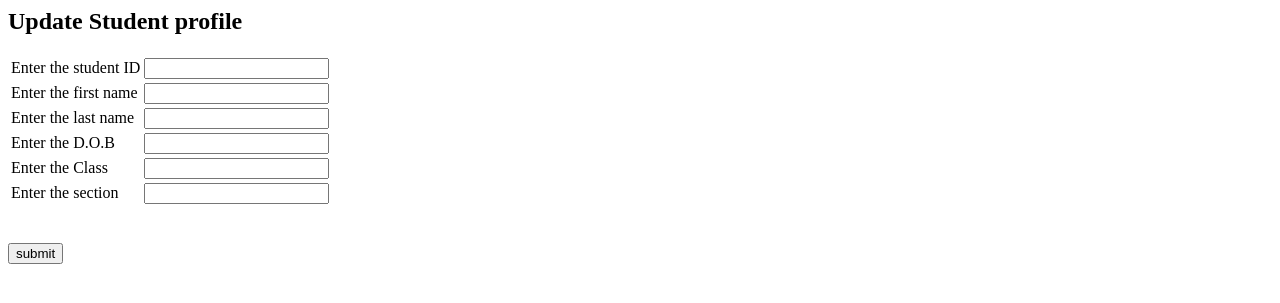
Repository: anithagnana123/Simplilearn_Phase2_project
Page: http://localhost/phase2-project/updatestudent
The author's editor kept a copy of each file at every save. The page is drawn from the files as they stood at one save, then again after the next save.
The browser window is 1280 px wide. The pictures show the whole page.
The page is served by Tomcat 9. Other server files are loaded and not shown.

Above is the page before, as saved 2022-10-23 16:24:31.

### phase2-project/src/main/java/com/simplilearn/workshop/UpdateStudentServlet.java
package com.simplilearn.workshop;

import java.io.IOException;
import java.io.PrintWriter;

import javax.servlet.ServletException;
import javax.servlet.annotation.WebServlet;
import javax.servlet.http.HttpServlet;
import javax.servlet.http.HttpServletRequest;
import javax.servlet.http.HttpServletResponse;

/**
 * Servlet implementation class AddStudent
 */
@WebServlet("/updatestudent")
public class UpdateStudentServlet extends HttpServlet {
	private static final long serialVersionUID = 1L;

	/**
	 * @see HttpServlet#doGet(HttpServletRequest request, HttpServletResponse response)
	 */
	protected void doGet(HttpServletRequest request, HttpServletResponse response) throws ServletException, IOException {

		 response.setContentType("text/html");

		 PrintWriter out = response.getWriter();

			    out.println("<form action='test' method='get'>");
				out.println("<h2>Update Student profile</h2>");
				out.println("<table>");
				out.println("<tr>");
			    out.println("<td>Enter the student ID</td>");
				out.println("<td> <input type='text' name='student_id'> </td>");
				out.println("</tr>");
				out.println("<tr>");
			    out.println("<td>Enter the first name</td>");
				out.println("<td> <input type='text' name='firstName'> </td>");
				out.println("</tr>");
				out.println("<tr>");
			    out.println("<td>Enter the last name</td>");
				out.println("<td> <input type='text' name='lastName'> </td>");
				out.println("</tr>");
				out.println("<td>Enter the D.O.B</td>");
				out.println("<td> <input type='text' name='dateOfBirth'> </td>");
				out.println("</tr>");
				out.println("</tr>");
				out.println("<td>Enter the Class</td>");
				out.println("<td> <input type='text' name='standard'> </td>");
				out.println("</tr>");
				out.println("</tr>");
				out.println("<td>Enter the section</td>");
				out.println("<td> <input type='text' name='class_sec'> </td>");
				out.println("</tr>");
				out.println("</table>");
				out.println("<br> <br> <input type='submit' value='submit'/>");
				out.println("<input type='hidden' name='operation' value='updatestudent'/>");
			    out.println("</form>");

	}

}

After the next save:
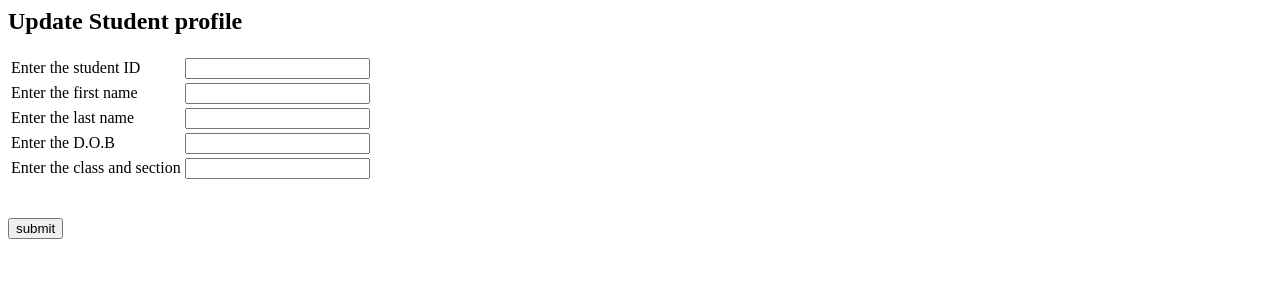
Saved 70 s later.
--- a/phase2-project/src/main/java/com/simplilearn/workshop/UpdateStudentServlet.java
+++ b/phase2-project/src/main/java/com/simplilearn/workshop/UpdateStudentServlet.java
@@ -40,15 +40,12 @@ public class UpdateStudentServlet extends HttpServlet {
 			    out.println("<td>Enter the last name</td>");
 				out.println("<td> <input type='text' name='lastName'> </td>");
 				out.println("</tr>");
+				out.println("<tr>");
 				out.println("<td>Enter the D.O.B</td>");
 				out.println("<td> <input type='text' name='dateOfBirth'> </td>");
 				out.println("</tr>");
-				out.println("</tr>");
-				out.println("<td>Enter the Class</td>");
-				out.println("<td> <input type='text' name='standard'> </td>");
-				out.println("</tr>");
-				out.println("</tr>");
-				out.println("<td>Enter the section</td>");
+				out.println("<tr>");
+				out.println("<td>Enter the class and section</td>");
 				out.println("<td> <input type='text' name='class_sec'> </td>");
 				out.println("</tr>");
 				out.println("</table>");
